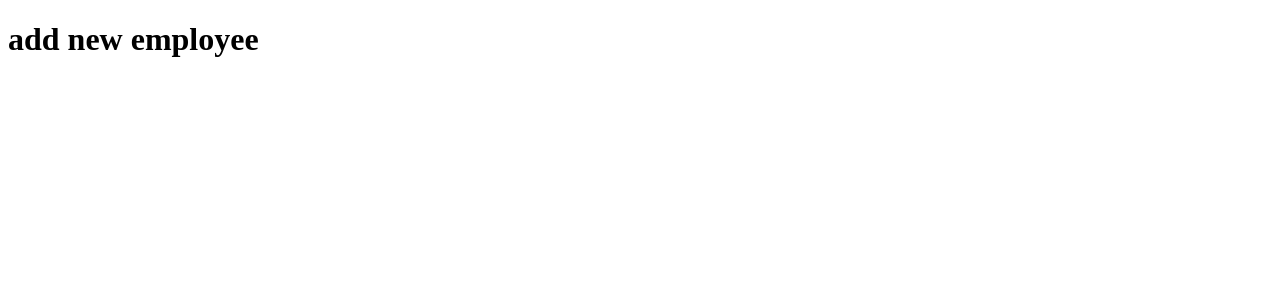
Repository: zeeshan495/AdvanceJava
Page: CrudServlets/WebContent/index.html
The author's editor kept a copy of each file at every save. The page is drawn from the files as they stood at one save, then again after the next save.
The browser window is 1280 px wide. The pictures show the whole page.

Above is the page before, as saved 2018-06-28 09:30:38.

After the next save:
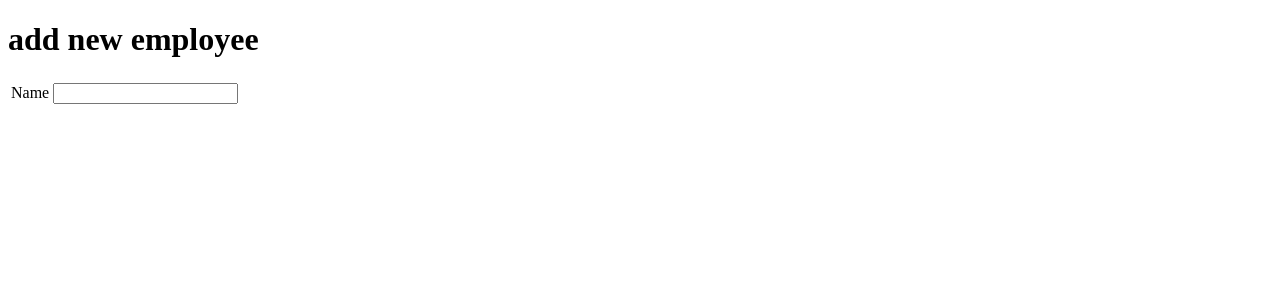
Saved 3 min 1 s later.
--- a/CrudServlets/WebContent/index.html
+++ b/CrudServlets/WebContent/index.html
@@ -8,7 +8,7 @@
 <h1>add new employee</h1>
 <form action="saveServlet" method="post">
 <table>
-
+<tr><td>Name</td><td><input type="text" name="name"></td></tr>
 </table>
 </form>
 </body>
